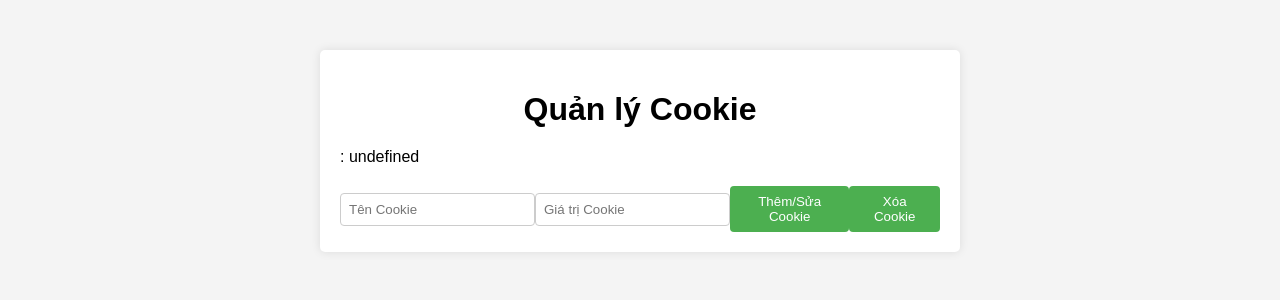
Repository: 3KAER/lab03_phan2
Page: lab04/phan1_bai2/index1.html
The author's editor kept a copy of each file at every save. The page is drawn from the files as they stood at one save, then again after the next save.
The browser window is 1280 px wide. The pictures show the whole page.

Above is the page before, as saved 2024-04-22 03:15:40.

After the next save:
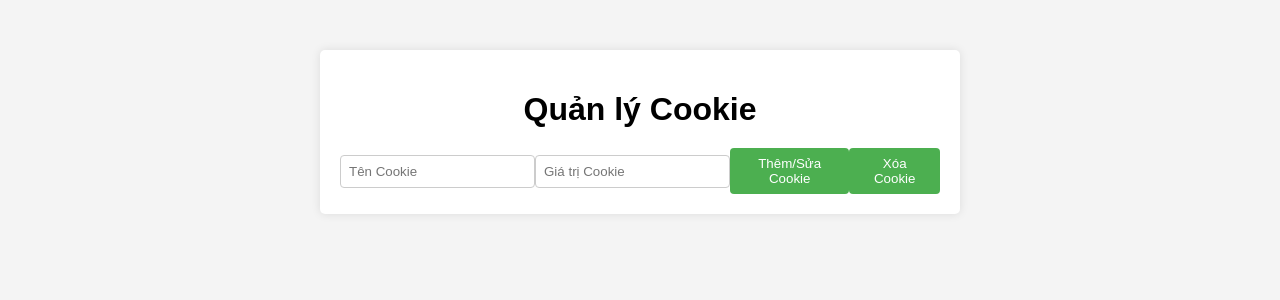
Console error: SyntaxError: Unexpected token '{'
Saved 2 min 15 s later.
--- a/lab04/phan1_bai2/script.js
+++ b/lab04/phan1_bai2/script.js
@@ -33,7 +33,7 @@
 
 function deleteCookie() {
     var name = document.getElementById("cookie-name").value;
-    document.cookie = name + "=; expires=Thu, 01 Jan 1970 00:00:00 UTC; path=/;";
+    document.cookie = ${name}=; expires=Thu, 01 Jan 1970 00:00:00 UTC; path=/;;
         displayCookies();
 }
 

After the 2 saves that followed:
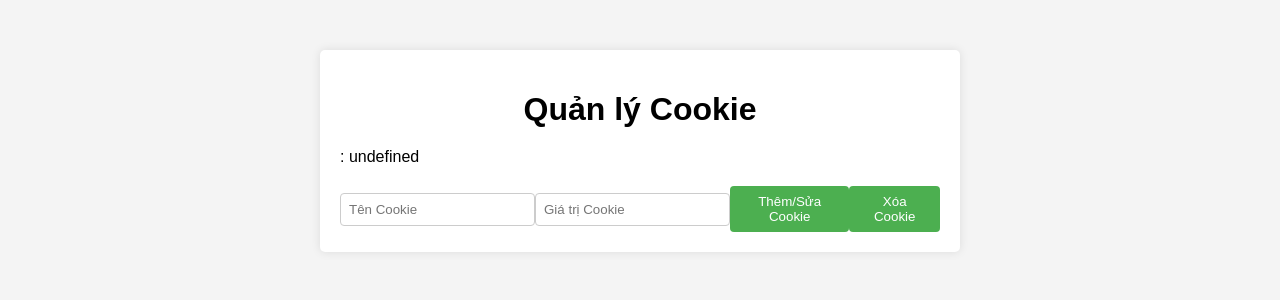
The error is gone.
The 2 saves are shown as one change because 1 left the picture as it was.
The last was saved 41 s later.
--- a/lab04/phan1_bai2/script.js
+++ b/lab04/phan1_bai2/script.js
@@ -33,7 +33,7 @@
 
 function deleteCookie() {
     var name = document.getElementById("cookie-name").value;
-    document.cookie = ${name}=; expires=Thu, 01 Jan 1970 00:00:00 UTC; path=/;;
+    document.cookie = `${name}=; expires=Thu, 01 Jan 1970 00:00:00 UTC; path=/`;
         displayCookies();
 }
 
